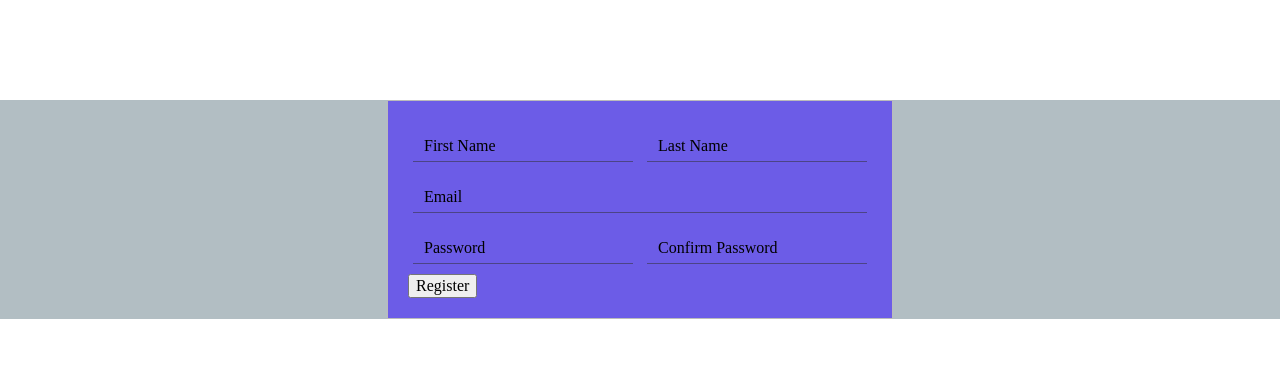
Repository: AMAmine89/vanilla-projects
Page: formo/index.html
These files come from the project's save history. The page is drawn as it stood at one moment and after the next save; the edit follows.
The browser window is 1280 px wide. The pictures show the whole page.

Above is the page before, as saved 2021-05-05 07:23:57.

### formo/index.html
<!DOCTYPE html>
<html lang="en">
<head>
    <meta charset="UTF-8">
    <meta http-equiv="X-UA-Compatible" content="IE=edge">
    <meta name="viewport" content="width=device-width, initial-scale=1.0">
    <link rel="stylesheet" href="css/normalize.css">
    <link rel="stylesheet" href="style.css">
    <title>Formo</title>
</head>
<body>
    <section>
        <form>
            <div class="double-block">
                <div>
                    <span class="first-name">
                        <input type="text" name="first-name" id="first-name">
                    </span>
                </div>
                <div>
                    <span class="last-name">
                        <input type="text" name="last-name">
                    </span>
                </div>
            </div>
            <div>
                <span class="email"><input type="email" name="email"></span>
            </div>
            <div class="double-block">
                <div>
                    <span class="password">
                        <input type="password" name="password">
                    </span>
                </div>
                <div>
                    <span class="confirm-password">
                        <input type="password" name="confirm-password">
                    </span>
                </div>
            </div>
            <div>
                <input type="submit" value="Register">
            </div>
        </form>
    </section>
</body>
</html>

### formo/style.css
section {
    display: flex;
    justify-content: center;
    margin-top: 100px;
    background-color: #b2bec3;
}

form {
    background: #6c5ce7;
    padding: 20px;
    border: 1px solid rgb(187, 187, 187);
    border-radius: 0%;
    -webkit-border-radius: 0%;
    -moz-border-radius: 0%;
    -ms-border-radius: 0%;
    -o-border-radius: 0%;
}

div {
    position: relative;
}

.double-block div {
    display: inline-block;
}

input:not(input[type="submit"]) {
    padding: 5px 10px;
    height: 20px;
    background: transparent;
    border-top: none;
    border-right: none;
    border-left: none;
    border-bottom: solid 1px rgba(49, 49, 49, 0.527);
    margin: 10px 5px;
    outline: none;
    z-index: 2;
}

input[type="email"] {
    width: -webkit-fill-available;
}

input:not(input[type="submit"])::after {
    content: '';
    width: 0;
    display: block;
    height: 1px;
    color: rgb(49, 49, 49);
    border-bottom: solid 1px;
    transition: width .3s ease-in-out;
    -webkit-transition: width .3s ease-in-out;
    -moz-transition: width .3s ease-in-out;
    -ms-transition: width .3s ease-in-out;
    -o-transition: width .3s ease-in-out;
}

input:not(input[type="submit"]):focus::after {
    width: 100%;
}

.first-name::before {
    content: 'First Name';
}

.last-name::before {
    content: 'Last Name';
}

.email::before {
    content: 'Email';
}
.password::before {
    content: 'Password';
}
.confirm-password::before {
    content: 'Confirm Password';
}

span {
    z-index: 1;
}

span::before {
    cursor: text;
    display: inline-block;
    position: absolute;
    top: 16px;
    left: 16px;
    bottom: 0;
    font-size: initial;
    transition: all .3s ease-in-out;
    -webkit-transition: all .3s ease-in-out;
    -moz-transition: all .3s ease-in-out;
    -ms-transition: all .3s ease-in-out;
    -o-transition: all .3s ease-in-out;
}

span:focus-within::before, span:focus::before  {
    top: 0;
    left: 10px;
    bottom: 30px;
    font-size: .85em;
}

label {
    cursor: text;
    display: inline-block;
    position: relative;
    bottom: auto;
    left: -180px;
    transition: bottom .7s ease-in-out;
    -webkit-transition: bottom .7s ease-in-out;
    -moz-transition: bottom .7s ease-in-out;
    -ms-transition: bottom .7s ease-in-out;
    -o-transition: bottom .7s ease-in-out;
}

Loaded but not shown: formo/normalize.css (library)

After the next save:
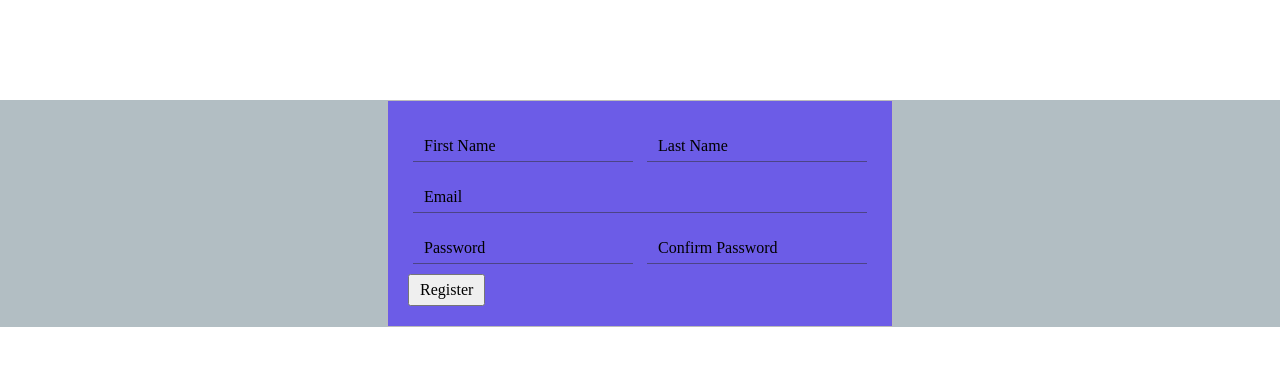
Saved 92 s later.
--- a/formo/style.css
+++ b/formo/style.css
@@ -59,6 +59,10 @@ input:not(input[type="submit"]):focus::after {
     width: 100%;
 }
 
+input[type="submit"] {
+    padding: 5px 10px;
+}
+
 .first-name::before {
     content: 'First Name';
 }
